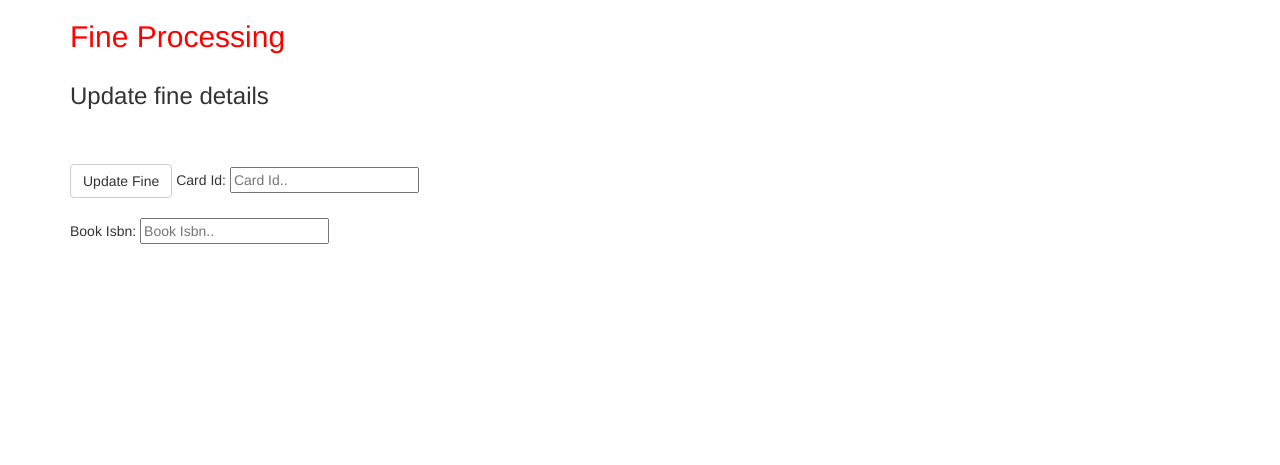
Repository: ApurvaMithal/LibraryManagementSystem
Page: http://localhost/LibraryManagementSystem/Fines.jsp
These files come from the project's save history. The page is drawn as it stood at one moment and after the next save; the edit follows.
The browser window is 1280 px wide. The pictures show the whole page.
Some web fonts or font styles are not loaded; a fallback is used. The page is served by Tomcat 9. Nobody is signed in. The application's start-up code is not run.

Above is the page before, as saved 2018-02-28 08:03:50.

After the next save:
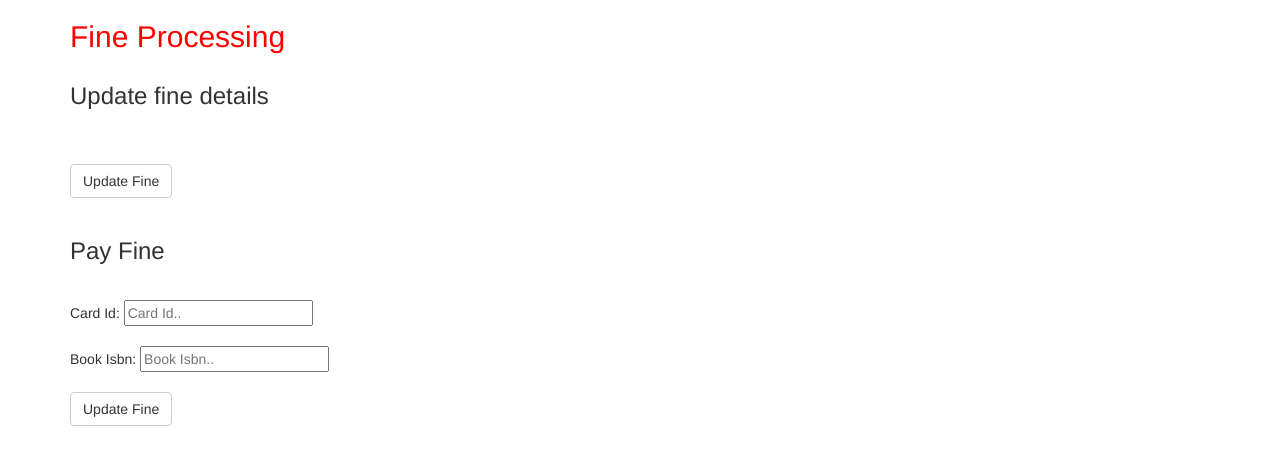
Saved 95 s later.
--- a/eclipse/LibraryManagementSystem/WebContent/Fines.jsp
+++ b/eclipse/LibraryManagementSystem/WebContent/Fines.jsp
@@ -121,10 +121,18 @@
              </div>
 			</br>
             <button type="Submit" class="btn btn-default" id="fineUpdateBtn">Update Fine</button>
+			</br></br>
+
+			<div class="finePayment">
+                <label for="finePayment"><h3>Pay Fine</h3></label></br></br>
+                Card Id:    <input type="text" id="cardId" placeholder="Card Id.." name="cardId"></br></br>
+                Book Isbn:  <input type="text" id="isbn" placeholder="Book Isbn.." name="bookIsbn"></br>
+
+             </div>
+			</br>
+            <button type="Submit" class="btn btn-default" id="fineUpdateBtn">Update Fine</button>
 
 
-		Card Id:    <input type="text" id="cardId" placeholder="Card Id.." name="cardId"></br></br>
-                Book Isbn:  <input type="text" id="isbn" placeholder="Book Isbn.." name="bookIsbn"></br>
 
        <%--     <h2>
                 <font color="red">Checking In of the Book</font>
